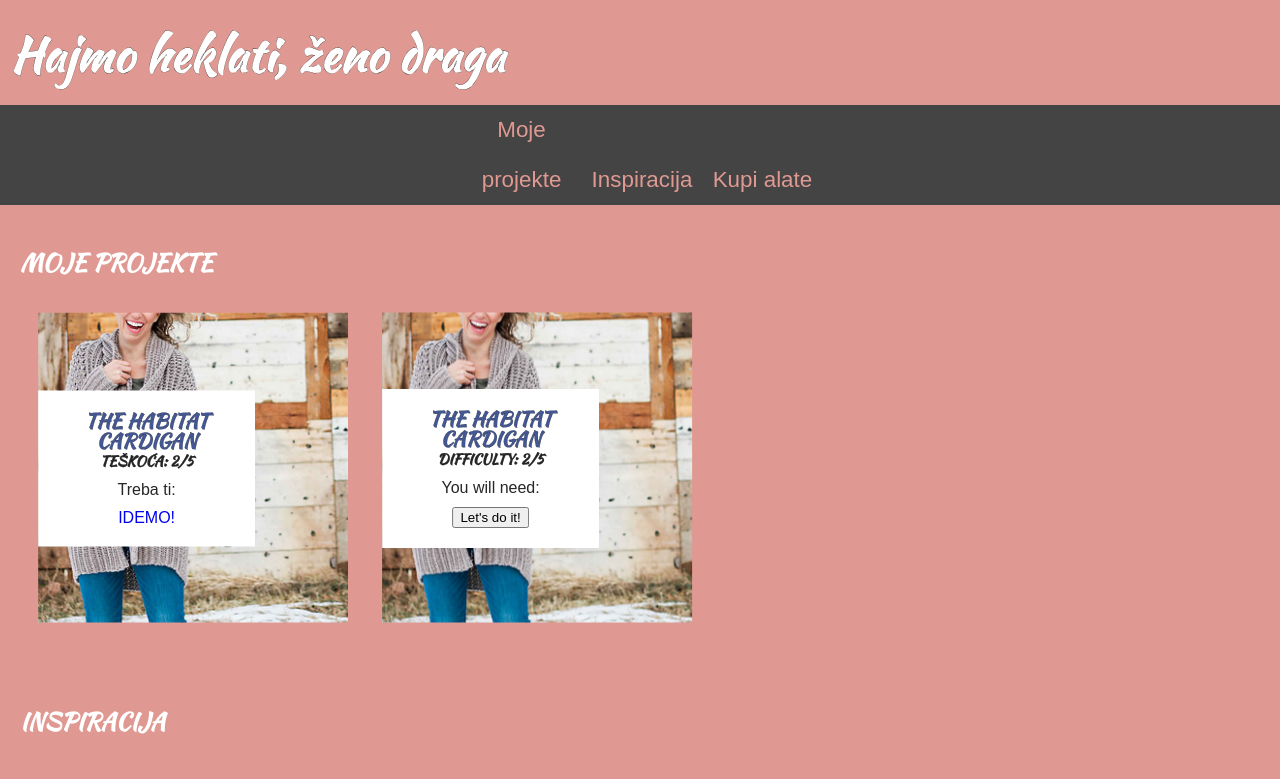
Repository: sdnc/Heklamo
Page: index.html
The author's editor kept a copy of each file at every save. The page is drawn from the files as they stood at one save, then again after a run of saves.
The browser window is 1280 px wide. The pictures show the whole page.

Above is the page before, as saved 2020-12-24 15:16:25.
Console error: ReferenceError: $ is not defined

After the next 2 saves:
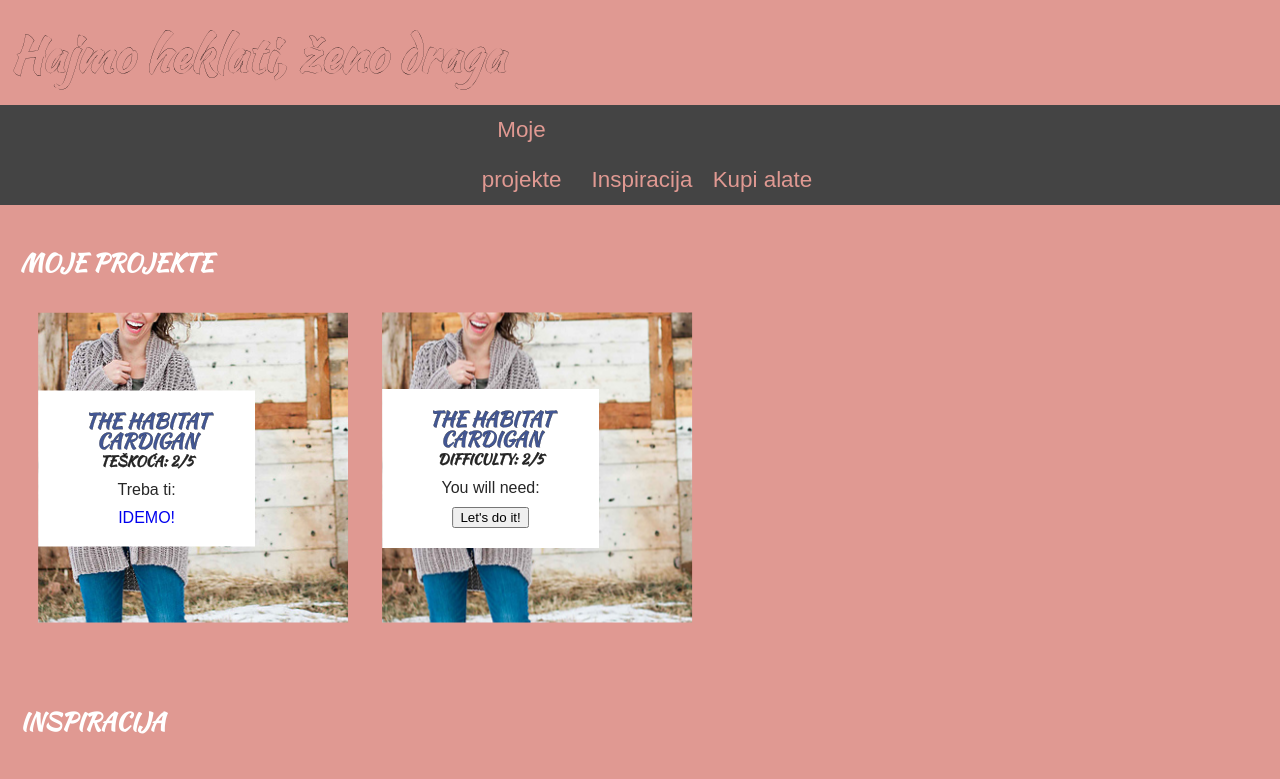
The 2 saves are shown as one change because they came seconds apart.
The last was saved 21 s later.
--- a/styles.css
+++ b/styles.css
@@ -13,7 +13,7 @@ h1 {
   font-family: "Kaushan Script", sans-serif;
   font-size: 48;
   margin: 20px 0 15px 10px;
-  color: white;
+  color: #e09992;
   -webkit-text-stroke: 0.2px black;
 }
 
